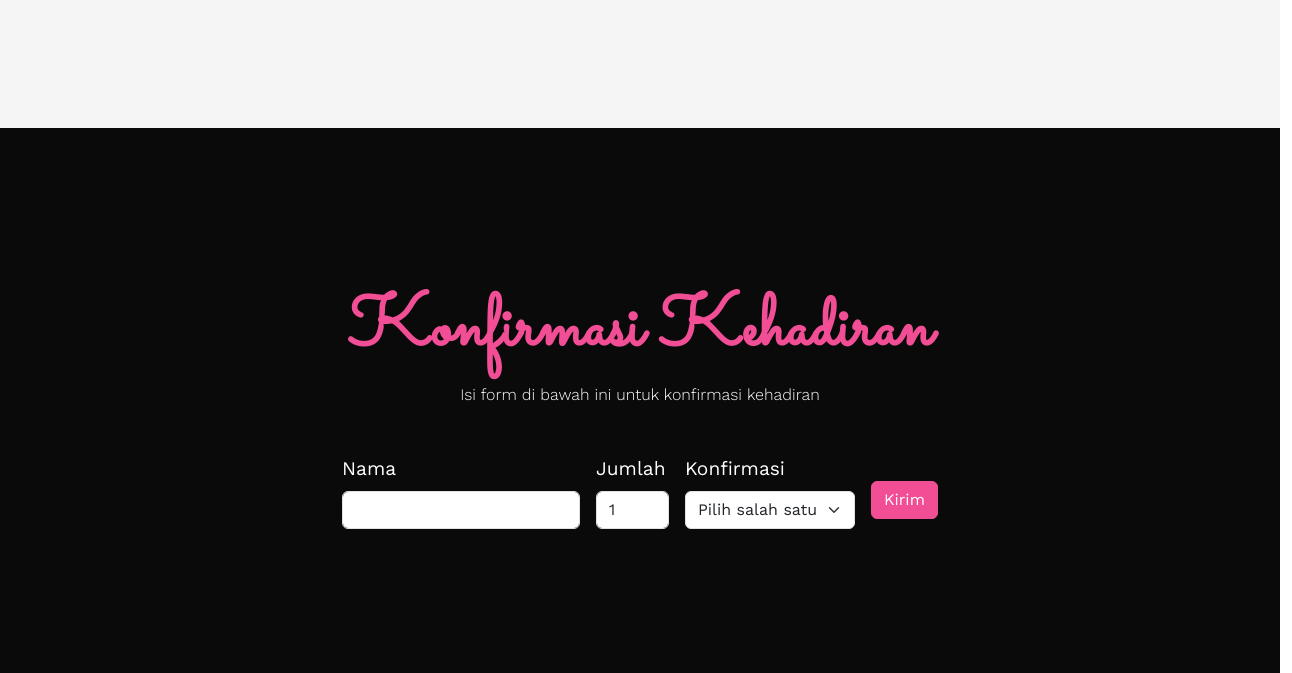
Repository: sellayspy/invitation
Page: index.html
The author's editor kept a copy of each file at every save. The page is drawn from the files as they stood at one save, then again after the next save.
The browser window is 1280 px wide. The page is 1292 px wide, so the pictures cover 1292 px, including what lies to the right of the window. The pictures show the part of the page from y = 4877 to 5550 px (the page is 5550 px tall).

Above is the page before, as saved 2024-07-08 21:10:47.

### index.html
<!DOCTYPE html>
<html lang="en">
  <head>
    <meta charset="utf-8" />
    <meta name="viewport" content="width=device-width, initial-scale=1" />
    <title>Dela & Roni</title>
    <link
      href="https://cdn.jsdelivr.net/npm/bootstrap@5.3.3/dist/css/bootstrap.min.css"
      rel="stylesheet"
      integrity="sha384-QWTKZyjpPEjISv5WaRU9OFeRpok6YctnYmDr5pNlyT2bRjXh0JMhjY6hW+ALEwIH"
      crossorigin="anonymous"
    />
    <link rel="preconnect" href="https://fonts.googleapis.com" />
    <link rel="preconnect" href="https://fonts.gstatic.com" crossorigin />
    <link
      href="https://fonts.googleapis.com/css2?family=Sacramento&family=Work+Sans:ital,wght@0,100..900;1,100..900&display=swap"
      rel="stylesheet"
    />

    <!--Simple Coutdown-->
    <link rel="stylesheet" href="coutdown/simplyCountdown.theme.default.css" />
    <script src="coutdown/simplyCountdown.min.js"></script>

    <!--Custom CSS Icon-->
    <link rel="stylesheet" href="https://cdn.jsdelivr.net/npm/bootstrap-icons@1.11.3/font/bootstrap-icons.min.css">

    <link rel="stylesheet" href="style.css" />
  </head>
  <body>
    <section
      id="hero"
      class="hero w-100 h-100 p-3 mx-auto text-center d-flex justify-content-center align-items-center text-white"
    >
      <main>
        <h4>Kepada Bapak/Ibu/Saudara/i,</h4>
        <h1>Dela Sri Aprialini & Roni Sahroni</h1>
        <p>Akan melangsungkan resepsi pernikahan dalam:</p>
        <div class="simply-countdown"></div>
        <a href="#home" class="btn btn-lg mt-4" onclick="enableScroll()">Lihat Undangan</a>
      </main>
    </section>

    <nav class="navbar navbar-expand-md bg-transparent sticky-top mynavbar">
      <div class="container">
        <a class="navbar-brand" href="#">Spy</a>
        <button
          class="navbar-toggler border-0"
          type="button"
          data-bs-toggle="offcanvas"
          data-bs-target="#offcanvasNavbar"
          aria-controls="offcanvasNavbar"
          aria-label="Toggle navigation"
        >
          <span class="navbar-toggler-icon"></span>
        </button>
        <div
          class="offcanvas offcanvas-end"
          tabindex="-1"
          id="offcanvasNavbar"
          aria-labelledby="offcanvasNavbarLabel"
        >
          <div class="offcanvas-header">
            <h5 class="offcanvas-title" id="offcanvasNavbarLabel">Spy</h5>
            <button
              type="button"
              class="btn-close"
              data-bs-dismiss="offcanvas"
              aria-label="Close"
            ></button>
          </div>
          <div class="offcanvas-body">
            <div class="navbar-nav ms-auto">
              <a class="nav-link" href="#home">Home</a>
              <a class="nav-link" href="#info">Info</a>
              <a class="nav-link" href="#story">Story</a>
              <a class="nav-link" href="#gallery">Gallery</a>
              <a class="nav-link" href="#rsvp">RSVP</a>
              <a class="nav-link" href="#gifts">Gifts</a>
            </div>
          </div>
        </div>
      </div>
    </nav>

    <section id="home" class="home">
      <div class="container">
        <div class="row justify-content-center">
          <div class="col-md-8 text-center">
            <h2>Acara Pernikahan</h2>
            <h3>
              Diselenggarakan pada 04 oktober 2024 di Tasikmalaya, Jawa Barat
            </h3>
            <p>
              Oleh karena itu, dengan segala hormat, kami bermaksud untuk
              mengundang Bapak/Ibu, Saudara/i, untuk hadir pada acara pernikahan
              kami.
            </p>
          </div>
        </div>

        <div class="row couple">
          <div class="col-lg-6">
            <div class="row">
              <div class="col-8 text-end">
                <h3>Roni Sahroni</h3>
                <p>
                  Lorem ipsum dolor, sit amet consectetur adipisicing elit. Quis
                  rerum qui, placeat harum quod saepe eius necessitatibus sunt
                  doloremque! Aperiam, laborum doloribus quos sit et adipisci
                  molestias iure sunt dolorum?
                </p>
                <p>
                  Putra dari Bpk. Lorem <br />
                  dan Ibu Ipsum
                </p>
              </div>
              <div class="col-4">
                <img
                  src="img/Desain tanpa judul (1).jpg"
                  alt="Roni Sahroni"
                  class="img-responsive rounded-circle"
                />
              </div>
            </div>
          </div>

          <span class="heart"><i class="bi bi-heart-fill"></i></span>

          <div class="col-lg-6">
            <div class="row">
              <div class="col-4">
                <img
                  src="img/Desain tanpa judul (2).jpg"
                  alt="Dela Sri"
                  class="img-responsive rounded-circle"
                />
              </div>
              <div class="col-8">
                <h3>Dela Sri</h3>
                </h3>
                <p>
                  Lorem ipsum dolor, sit amet consectetur adipisicing elit. Quis
                  rerum qui, placeat harum quod saepe eius necessitatibus sunt
                  doloremque! Aperiam, laborum doloribus quos sit et adipisci
                  molestias iure sunt dolorum?
                </p>
                <p>
                  Putra dari Bpk. Lorem <br />
                  dan Ibu Ipsum
                </p>
              </div>
            </div>
          </div>
        </div>
      </div>
    </section>

    <section id="info" class="info">
      <div class="container">
        <div class="row justify-content-center">
          <div class="col-md-8 col-10 text-center">
            <h2>Informasi Acara</h2>
            <p class="alamat">Alamat: Gedung Kologdam, Kodiklat TNI AL AD. <br> Jl. Kologdam No. 1, Kec. Bandung</p>
            <a href="https://maps.app.goo.gl/j2RVmCKoAZy6CYFM9" target="_blank" class="btn btn-light btn-sm my-3">Klik untuk membuka peta</a>
            <p class="description">Diharapkan untuk tidak salah tempatkan acara</p>
          </div>
        </div>

        <div class="row justify-content-center mt-4">
          <div class="col-md-5 col-10">
            <div class="card text-center text-bg-light mb-5">
         <div class="card-header">Akad Nikah</div>
              <div class="card-body">
                <div class="row justify-content-center">
                  <div class="col-md-6">
                    <i class="bi bi-clock d-block"></i>
                    <span>08.00 - 10.00</span>
                  </div>
                  <div class="col-md-6">
                    <i class="bi bi-calendar3 d-block"></i>
                    <span>Jum'at, 04 Oktober 2023</span>
                  </div>
                </div>
             </div>
         <div class="card-footer">
          Saat acara akad diharapkan untuk kondusif menjaga kehidmatan dan kekhsyuan seluruh prosesi.
        </div>
          </div>
          </div>

          <div class="col-md-5 col-10">
            <div class="card text-center text-bg-light">
         <div class="card-header">Resepsi</div>
              <div class="card-body">
                <div class="row justify-content-center">
                  <div class="col-md-6">
                    <i class="bi bi-clock d-block"></i>
                    <span>11.00 - selesai</span>
                  </div>
                  <div class="col-md-6">
                    <i class="bi bi-calendar3 d-block"></i>
                    <span>Jum'at, 04 Oktober 2023</span>
                  </div>
                </div>
             </div>
         <div class="card-footer">
          Saat acara akad diharapkan untuk kondusif menjaga kehidmatan dan kekhsyuan seluruh prosesi.
        </div>
          </div>
          </div>
        </div>
      </div>
    </section>

    <section id="story" class="story">
      <div class="container">
        <div class="row justify-content-center">
          <div class="col-md-8 col-10 text-center">
            <span>Bagiamana Cinta Kami Bersemi</span>
            <h2>Cerita Kami</h2>
            <p>Lorem ipsum dolor sit amet, consectetur adipisicing elit. Ipsa nemo ab fuga, est eaque quia temporibus tempore reiciendis illo optio officiis maiores aut, doloribus fugit ullam repellat facere? Ea, nostrum!</p>
          </div>
        </div>
        <div class="row">
          <div class="col">
            <ul class="timeline">
              <li>
                <div class="timeline-image" style="background-image: url(img/img-4.jpg);"></div>
                <div class="timeline-panel">
                  <div class="timeline-heading">
                  <h3>Pertama Bertemu</h3>
                  <span>1 Januari 2023</span>
                </div>
                <div class="timeline-body">
                  <p>Lorem ipsum dolor sit amet consectetur adipisicing elit. Quae modi cumque alias consequuntur ab quod.</p>
                </div>
                </div>

              </li>
              <li class="timeline-inverted">
                <div class="timeline-image" style="background-image: url(https://picsum.photos/300/300);"></div>
                <div class="timeline-panel">
                  <div class="timeline-heading">
                  <h3>Mulai Serius</h3>
                  <span>3 Februari 2023</span>
                </div>
                <div class="timeline-body">
                  <p>Lorem ipsum dolor sit amet consectetur adipisicing elit. Quae modi cumque alias consequuntur ab quod.</p>
                </div>
                </div>

              </li>
              <li>
                <div class="timeline-image" style="background-image: url(https://picsum.photos/301/301);"></div>
                <div class="timeline-panel">
                  <div class="timeline-heading">
                  <h3>Tunangan</h3>
                  <span>1 Maret 2023</span>
                </div>
                <div class="timeline-body">
                  <p>Lorem ipsum dolor sit amet consectetur adipisicing elit. Quae modi cumque alias consequuntur ab quod.</p>
                </div>
                </div>

              </li>
            </ul>
          </div>
        </div>
      </div>
    </section>

    <section id="gallery" class="gallery">
      <div class="container">
        <div class="row justify-content-center">
          <div class="col-md-8 col-10 text-center">
            <span>Meomori Kisah Kami</span>
            <h2>Galleri Foto</h2>
            <p>Lorem ipsum dolor sit amet consectetur adipisicing elit. Excepturi, reprehenderit.</p>
          </div>
        </div>
        <div class="row row-cols-lg-4 row-cols-md-3 row-cols-sm-2 row-cols-1 justify-content-center">
          <div class="col mt-3">
            <a href="img/gallery/IMG-20240708-WA0007.jpg" data-toggle="lightbox" data-caption="This describes the image" data-gallery="mygallery">
              <img src="img/gallery/thumbnail/IMG-20240708-WA0007.jpg" alt="Dela" class="img-fluid w-100 rounded">
            </a>
          </div>
          <div class="col mt-3">
            <a href="https://picsum.photos/id/200/1073/1600" data-toggle="lightbox" data-caption="This describes the image" data-gallery="mygallery">
              <img src="https://picsum.photos/id/200/301/301" alt="Dela" class="img-fluid w-100 rounded">
            </a>
          </div>
          <div class="col mt-3">
            <a href="https://picsum.photos/id/250/1073/1600" data-toggle="lightbox" data-caption="This describes the image">
              <img src="https://picsum.photos/id/250/301/301" alt="Dela" class="img-fluid w-100 rounded">
            </a>
          </div>
          <div class="col mt-3">
            <a href="https://picsum.photos/id/210/1073/1600" data-toggle="lightbox" data-caption="This describes the image" data-gallery="mygallery">
              <img src="https://picsum.photos/id/210/301/301" alt="Dela" class="img-fluid w-100 rounded">
            </a>
          </div>
          <div class="col mt-3">
            <a href="https://picsum.photos/id/253/1073/1600" data-toggle="lightbox" data-caption="This describes the image" data-gallery="mygallery">
              <img src="https://picsum.photos/id/253/301/301" alt="Dela" class="img-fluid w-100 rounded">
            </a>
          </div>
          <div class="col mt-3">
            <a href="https://picsum.photos/id/255/1073/1600" data-toggle="lightbox" data-caption="This describes the image" data-gallery="mygallery">
              <img src="https://picsum.photos/id/255/301/301" alt="Dela" class="img-fluid w-100 rounded">
            </a>
          </div>
        </div>
      </div>
    </section>

    <section id="rsvp" class="rsvp">
      <div class="row justify-content-center">
          <div class="col-md-8 col-10 text-center">
            <h2>Konfirmasi Kehadiran</h2>
            <p>Isi form di bawah ini untuk konfirmasi kehadiran</p>
          </div>
          <form class="row row-cols-md-auto g-3 align-items-center justify-content-center">
            <div class="col-12">
              <div class="mb-3">
                  <label for="nama" class="form-label">Nama</label>
                   <input type="text" class="form-control" id="nama" name="nama">
              </div>
            </div>

            <div class="col-12">
              <div class="mb-3">
                  <label for="jumlah" class="form-label">Jumlah</label>
                   <input type="number" class="form-control" id="jumlah" name="jumlah" min="1" max="10" length="1" value="1">
              </div>
            </div>

            <div class="col-12">
              <div class="mb-3">
                  <label for="status" class="form-label">Konfirmasi</label>
                   <select name="status" id="status" class="form-select">
                    <option selected>Pilih salah satu</option>
                    <option value="1">Hadir</option>
                    <option value="0">Tidak hadir</option>
                   </select>
              </div>
            </div>

            <div class="col-12">
              <button class="btn btn-primary" style="margin-top: ;">Kirim</button>
            </div>
          </form>
        </div>
    </section>

    <script
      src="https://cdn.jsdelivr.net/npm/bootstrap@5.3.3/dist/js/bootstrap.bundle.min.js"
      integrity="sha384-YvpcrYf0tY3lHB60NNkmXc5s9fDVZLESaAA55NDzOxhy9GkcIdslK1eN7N6jIeHz"
      crossorigin="anonymous"
    ></script>

    <script src="https://cdn.jsdelivr.net/npm/bs5-lightbox@1.8.3/dist/index.bundle.min.js"></script>

    <script>
      simplyCountdown(".simply-countdown", {
        year: 2024, // required
        month: 10, // required
        day: 4, // required
        hours: 8, // Default is 0 [0-23] integer
        words: {
          //words displayed into the countdown
          days: { singular: "hari", plural: "hari" },
          hours: { singular: "jam", plural: "jam" },
          minutes: { singular: "menit", plural: "menit" },
          seconds: { singular: "detik", plural: "detik" },
        },
      });
    </script>

    <script>

      const hamburger = document.querySelector(".navbar-toggler");

      const stickyTop = document.querySelector(".sticky-top");

      hamburger.addEventListener("click", () => {
        stickyTop.style.overflow = 'visible'
      });

      const offCanvas = document.querySelector(".offcanvas");

      offCanvas.addEventListener("hidden.bs.offcanvas", () => {
        stickyTop.style.overflow = 'hidden'
      });

    </script>

    <script>
      const rootElement = document.querySelector(":root");
      function disableScroll() {
        const scrollTop = window.pageYOffset || document.documentElement.scrollTop;
        const scrollLeft = window.pageXOffset || document.documentElement.scrollLeft;
        window.onscroll = function () {
          window.scrollTo(scrollTop, scrollLeft);
        }


      rootElement.style.scrollBehavior = "auto";
      }

      function enableScroll() {
        window.onscroll = function () {}
          rootElement.style.scrollBehavior = "smooth";
          localStorage.setItem("opened", "true");
      }

      if(!localStorage.getItem("opened")) {
        disableScroll();
      }

    </script>
  </body>
</html>

### coutdown/simplyCountdown.theme.default.css
.simply-countdown {
  overflow: hidden;
  display: table;
  font-family: "Arial", sans-serif;
  margin: auto;
}
.simply-countdown > .simply-section {
  width: 50px;
  height: 50px;
  padding: 80px;
  display: flex;
  align-items: center;
  justify-content: center;
  float: left;
  margin: 10px;
  background: var(--pink);
  box-shadow: 0 1px 3px rgba(0, 0, 0, 0.12), 0 1px 2px rgba(0, 0, 0, 0.24);
  border-radius: 50%;
}
.simply-countdown > .simply-section .simply-amount,
.simply-countdown > .simply-section .simply-word {
  display: block;
  text-align: center;
}
.simply-countdown > .simply-section .simply-amount {
  font-size: 1.6rem;
}

### style.css
:root {
  --pink: #f14e95;

  --bg: #0a0a0a;

  --shadow: 0 2px 2px rgb(0 0 0/ 0.5);
}

body {
  font-size: 1.2rem;
  font-family: "Work Sans", sans-serif;
  min-height: 4000px;
}

.hero::before {
  content: "";
  position: absolute;
  top: 0;
  left: 0;
  height: 100%;
  width: 100%;
  background-image: url(img/gambar-1.jpg);
  background-size: cover;
  background-position: center;
  z-index: -1;
  filter: blur(2px);
}

.hero {
  position: relative;
  min-height: 100vh;
}

.hero h1,
.hero h4,
.hero p {
  text-shadow: var(--shadow);
}

.hero h1 {
  font-family: "Sacramento", cursive;
  font-size: 6rem;
}

.hero h4 {
  font-size: 1.6rem;
}

.hero p {
  font-size: 1.4rem;
}

.hero a {
  color: var(--pink);

  background-color: white;

  box-shadow: var(--shadow);
}

.hero a:hover {
  background-color: var(--pink);
  color: white;
}

.mynavbar {
  background-color: rgba(255, 255, 255, 0.4) !important;
  backdrop-filter: blur(4px);
}

.mynavbar .offcanvas {
  height: 100vh;
}

.mynavbar .navbar-brand,
.mynavbar .offcanvas-title {
  font-family: "Sacramento", cursive;
  font-size: 3.2rem;
  font-weight: bold;
}

.mynavbar .nav-link {
  text-transform: uppercase;
}

.home {
  background-image: url(img/Desain\ tanpa\ judul.png);
  background-size: cover;
  min-height: 100vh;
  margin-top: -6rem;
  padding-top: 15rem;
  padding-bottom: 5rem;
}

.home h2,
.info h2,
.story h2,
.gallery h2,
.rsvp h2 {
  color: var(--pink);
  font-family: "Sacramento", cursive;
  font-size: 5rem;
  font-weight: bold;
}

.home h3 {
  color: #444;
  font-size: 1.5rem;
  margin-bottom: 1rem;
}

.home p {
  font-size: 1.1rem;
  color: #666;
}

.home .couple {
  margin-top: 100px;
}

.home .couple h3 {
  font-family: "Sacramento";
  font-size: 2.4rem;
  color: var(--pink);
}

.home .couple img {
  width: 100%;
}

.home .heart {
  width: 50px;
  height: 50px;
  background-color: white;
  display: flex;
  border-radius: 50%;
  box-shadow: 0 0 5px rgba(0, 0, 0, 0.5);
  position: absolute;
  left: 50%;
  transform: translateX(-50%) translateY(65px);
}

.home .heart i {
  margin: auto;
  color: var(--pink);
}

.info {
  background-color: var(--bg);
  color: white;
  padding-top: 10rem;
  padding-bottom: 8rem;
}

.info .alamat {
  font-size: 1.1rem;
}

.info .description {
  font-size: 1rem;
  font-weight: 300;
}

.info .card {
  background-color: rgba(255, 255, 255, 0.2) !important;
  color: white !important;
  border: 1px solid #999;
}

.info .card-header {
  border: 1px solid #999;
  text-transform: uppercase;
  letter-spacing: 0.1rem;
}

.info .card-body {
  font-size: 1rem;
}

.info .card-footer {
  border-top: 1px solid #999;
  font-size: 0.9rem;
  font-weight: 300;
}

.story,
.gallery,
.rsvp {
  padding-top: 10rem;
  padding-bottom: 8rem;
}

.story span,
.gallery span {
  text-transform: uppercase;
  color: #666;
  font-size: 0.9rem;
  letter-spacing: 1px;
  margin-bottom: 1rem;
  display: block;
}

.story p,
.gallery p,
.rsvp p {
  font-size: 1rem;
  font-weight: 300;
}

.timeline {
  list-style: none;
  padding: 1.4rem;
  margin-top: 1rem;
  position: relative;
}

.timeline::before {
  content: "";
  top: 0;
  bottom: 0;
  position: absolute;
  width: 1px;
  background-color: #ccc;
  left: 50%;
}

.timeline li {
  margin-bottom: 1.5rem;
  position: relative;
}

.timeline li::before,
.timeline li::after {
  content: "";
  display: table;
}

.timeline li::after {
  clear: both;
}

.timeline li .timeline-image {
  width: 160px;
  height: 160px;
  background-color: #ccc;
  position: absolute;
  left: 50%;
  transform: translateX(-50%);
  border-radius: 50%;
  background-size: cover;
  background-position: center;
  background-repeat: no-repeat;
}

.timeline li .timeline-panel {
  width: 40%;
  float: left;
  border: 1px solid #ccc;
  padding: 2rem;
  position: relative;
  border-radius: 8px;
}

.timeline li .timeline-panel::before {
  content: "";
  display: inline-block;
  position: absolute;
  border-top: 15px solid transparent;
  border-left: 15px solid #ccc;
  border-right: 0 solid #ccc;
  border-bottom: 15px solid transparent;
  top: 80px;
  right: -15px;
}

.timeline li .timeline-panel::after {
  content: "";
  position: absolute;
  display: inline-block;
  border-top: 14px solid transparent;
  border-left: 14px solid #fff;
  border-right: 0 solid #fff;
  border-bottom: 14px solid transparent;
  top: 81px;
  right: -13px;
}

.timeline li.timeline-inverted .timeline-panel {
  float: right;
}

.timeline li.timeline-inverted .timeline-panel::before {
  border-left-width: 0;
  border-right-width: 15px;
  left: -15px;
  right: auto;
}

.timeline li.timeline-inverted .timeline-panel::after {
  border-left-width: 0;
  border-right-width: 14px;
  left: -13px;
  right: auto;
}

.gallery {
  background-color: #f5f5f5;
}

.rsvp {
  background-color: var(--bg);
}

.rsvp h2 {
  font-size: 4.5rem;
}

.rsvp p {
  color: white;
}

.rsvp form label {
  color: white;
}

.rsvp button {
  background-color: var(--pink);
  color: white;
  border: 1px solid var(--pink);
}

.rsvp button::hover {
  background-color: white;
  color: var(--pink);
  border: 1px solid white;
}

/* Media Query */

/* Extra large devices (large laptops and desktops, 1200px and up) */

@media (max-width: 1200px) {
  .home .heart {
    transform: translateX(-50%) translateY(45px);
  }
}

/* Laptop */
@media (max-width: 992px) {
  html {
    font-size: 75%;
  }
  .simply-countdown > .simply-section {
    padding: 70px;
  }

  .home .heart {
    display: none;
  }

  .timeline::before {
    left: 60px;
  }

  .timeline li .timeline-image {
    left: 15px;
    margin-left: 45px;
    top: 16px;
  }

  .timeline li .timeline-panel {
    width: calc((100%-200px));
    float: right;
  }

  .timeline li .timeline-panel::before {
    border-left-width: 0;
    border-right-width: 15px;
    left: -15px;
    right: auto;
  }

  .timeline li .timeline-panel::after {
    border-left-width: 0;
    border-right-width: 14px;
    left: -13px;
    right: auto;
  }
}

/* Tablet */
@media (max-width: 768px) {
  html {
    font-size: 65%;
  }
  .simply-countdown > .simply-section {
    padding: 60px;
    margin: 5px;
  }

  .mynavbar .nav-link {
    font-size: 2rem;
    text-align: center;
  }

  .sticky-top {
    overflow: hidden;
  }

  .timeline li .timeline-image {
    width: 140px;
    height: 140px;
  }
}

/* mobile phone */
@media (max-width: 576px) {
  html {
    font-size: 55%;
  }
  .simply-countdown > .simply-section {
    padding: 45px;
    margin: 3px;
  }

  .timeline li .timeline-image {
    width: 80px;
    height: 80px;
  }

  .timeline li .timeline-panel {
    width: 65%;
    transform: translateX(-20px);
  }

  .timeline li .timeline-panel::before {
    top: 30px;
  }

  .timeline li .timeline-panel::after {
    top: 31px;
  }
}

Loaded but not shown: coutdown/simplyCountdown.min.js (library)

After the next save:
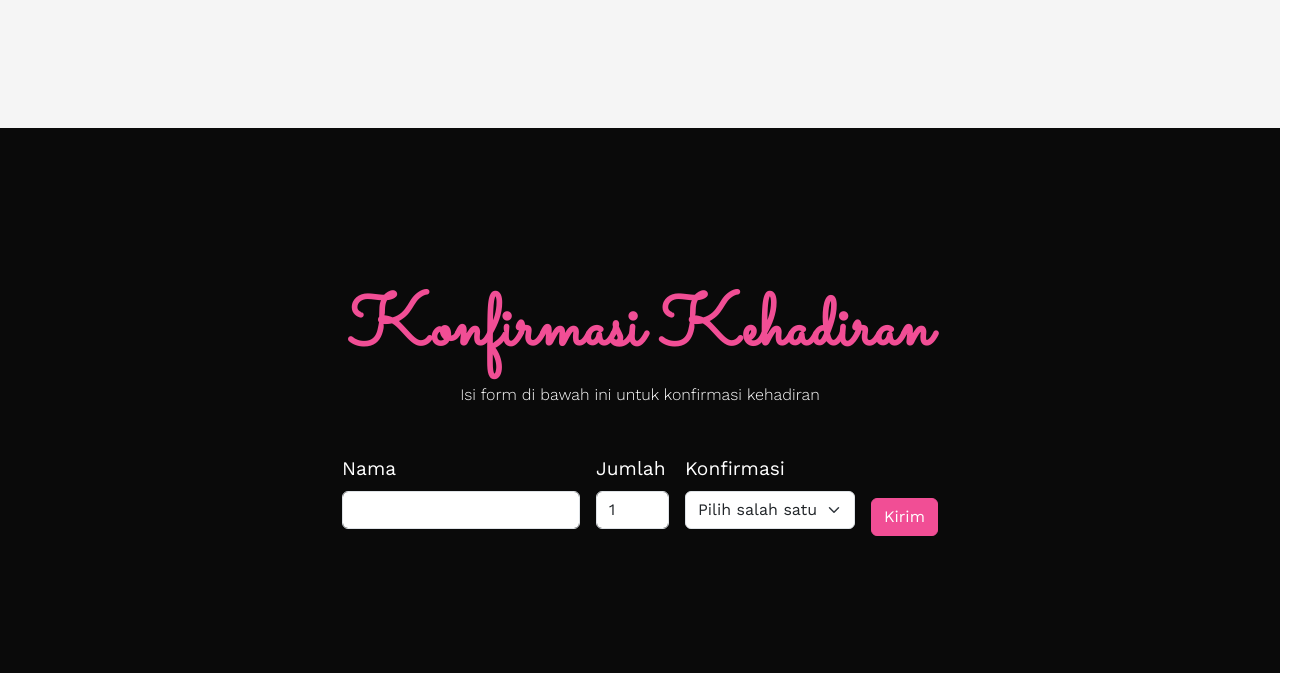
Saved 6 s later.
--- a/index.html
+++ b/index.html
@@ -346,7 +346,7 @@
             </div>
 
             <div class="col-12">
-              <button class="btn btn-primary" style="margin-top: ;">Kirim</button>
+              <button class="btn btn-primary" style="margin-top:35px ;">Kirim</button>
             </div>
           </form>
         </div>
